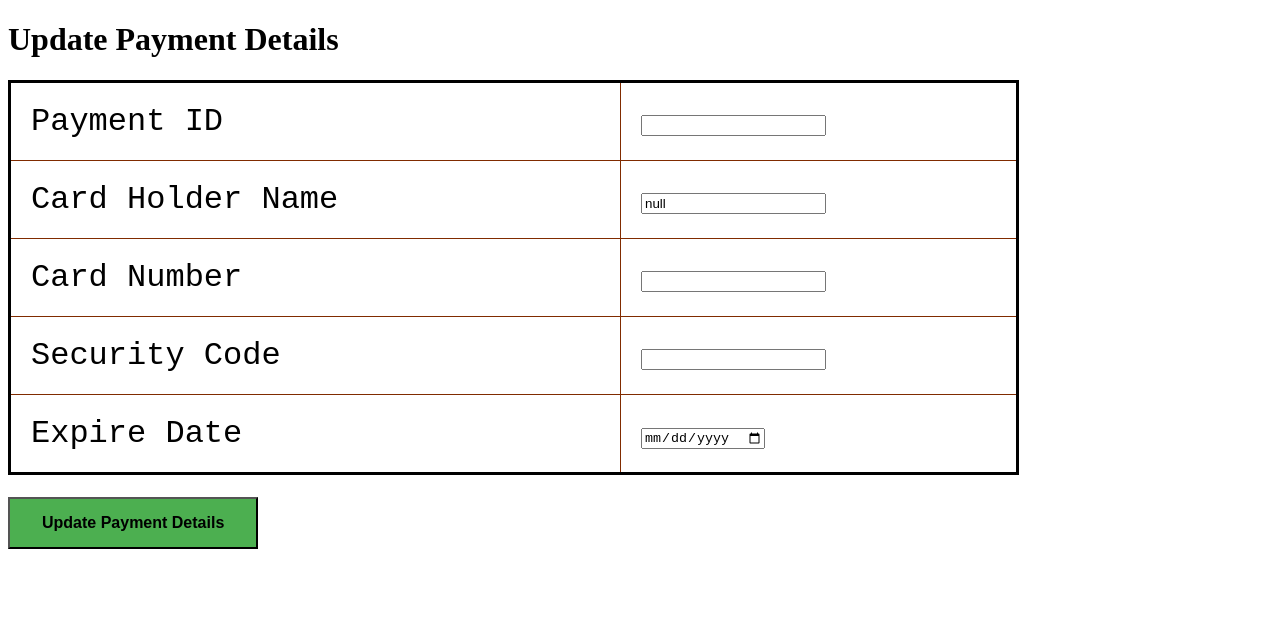
Repository: sandeepa9803/OOP---Online-Travel-web-application
Page: http://localhost/PaymentNew/updatepayment.jsp
An editor plug-in stored every save of this project. The page is shown before and after the next save, followed by the edit.
The browser window is 1280 px wide. The pictures show the whole page.
Some web fonts or font styles are not loaded; a fallback is used. The page is served by Tomcat 9. Other server files are loaded and not shown.

Above is the page before, as saved 2021-10-11 18:28:29.

### PaymentNew/WebContent/updatepayment.jsp
<%@ page language="java" contentType="text/html; charset=ISO-8859-1"
    pageEncoding="ISO-8859-1"%>
<!DOCTYPE html>
<html>
<head>

<link href='https://fonts.googleapis.com/css?family=Quicksand' rel='stylesheet'>

    <style>

table, td, th {
  border: 1px solid #802b00;
  text-align: left;
}

table {
  border-collapse: collapse;
  width: 80%;

}

th, td {
  padding: 20px;
}


.button {
  background-color: #4CAF50;
  border: 1;
  color: black;
  padding: 15px 32px;
  text-align: center;
  text-decoration: none;
   font-weight: bold;
  display: inline-block;
  font-size: 16px;
  margin: 4px 2px;
  cursor: pointer;
  margin-left:auto;
  margin-right:auto;
  text-align:center;
}

table{
   border:solid black ;
   font-family:"Courier New", Courier, monospace;
    font-size:200%;

}

h1 {
     }



</style>



<meta charset="ISO-8859-1">
<title>Insert title here</title>
</head>
<body>

<h1>Update Payment Details</h1>

   <%
      String PaymentID=request.getParameter("PaymentID");
      String CardHoldersName=request.getParameter("CardHoldersName");
      String CardNumber=request.getParameter("CardNumber");
      String SecurityCode = request.getParameter("SecurityCode");
      String ExpireDate=request.getParameter("ExpireDate");
   %>

    <form action="update" method ="post" >
    <table>
     <tr>
     <td>  Payment ID </td>
     <td> <input type ="number" name="paymentid" value="<%=PaymentID%>" readonly></td>
     </tr>

     <tr>
     <td> Card Holder Name </td>
     <td><input type ="text" name="cardholder" value="<%=CardHoldersName%>"></td>
     </tr>

     <tr>
     <td> Card Number </td>
     <td> <input type ="number" name="cardnum" value="<%=CardNumber%>"></td>
     </tr>

     <tr>
     <td> Security Code </td>
     <td><input type ="number" name="cvcnum" value="<%=SecurityCode%>"> </td>
     </tr>

    <tr>
    <td> Expire Date </td>
    <td><input type ="date" name="date" value="<%=ExpireDate%>"> </td>
    </tr>
    </table>
    <br>

    <input type ="submit" name="submit" value="Update Payment Details" class ="button" >
    </form>

</body>
</html>

After the next save:
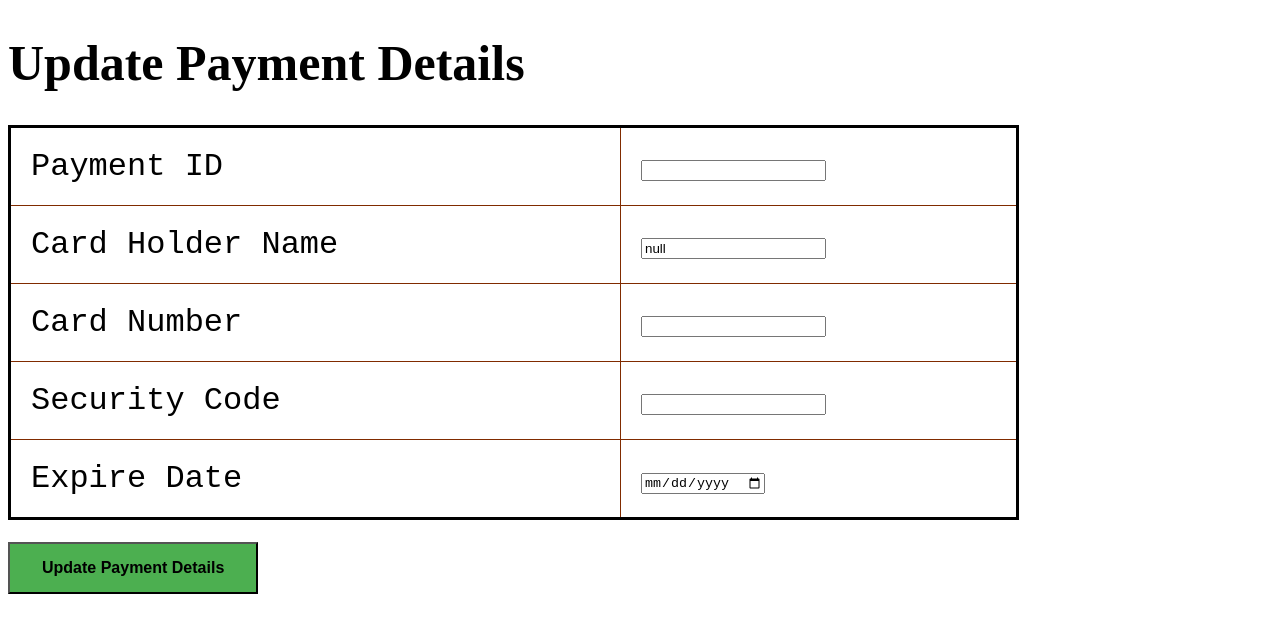
Saved 19 s later.
--- a/PaymentNew/WebContent/updatepayment.jsp
+++ b/PaymentNew/WebContent/updatepayment.jsp
@@ -48,7 +48,7 @@ table{
 
 }
 
-h1 {
+h1 {font-family: 'Quicksand';font-size: 50px;
      }
 
 
